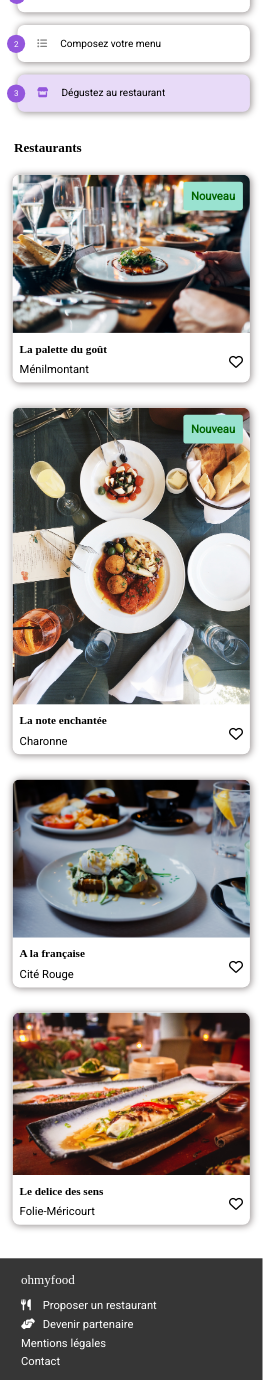
Repository: Micka-17/boimickael_3_16042021
Page: index.html
These files come from the project's save history. The page is drawn as it stood at one moment and after the next save; the edit follows.
The browser window is 375 px wide. The pictures show the part of the page from y = 481 to 2721 px (the page is 2453 px tall before and 2745 px after), at 70% of full size.
Some web fonts or font styles are not loaded; a fallback is used. Some web libraries are served in a nearby version. The style sheet was rebuilt from its Sass, Less or Tailwind sources for each picture, by a compiler version that may differ from the author's.

Above is the page before, as saved 2021-05-26 10:08:41.

### index.html
<!DOCTYPE html>
<html lang="en">
  <head>
    <meta charset="UTF-8" />
    <meta http-equiv="X-UA-Compatible" content="IE=edge" />
    <meta name="viewport" content="width=device-width, initial-scale=1.0" />
    <link rel="stylesheet" href="css/style.css" />
    <script
      src="https://kit.fontawesome.com/7f2b024bdc.js"
      crossorigin="anonymous"
    ></script>
    <title>OhMyFood</title>
  </head>
  <body>
    <div id="backgroundloader">
      <div id="loader"></div>
    </div>
    <header>
      <div id="logo">
        <img src="images/logo/ohmyfood@2x.svg" alt="OhMyFood" />
      </div>
    </header>
    <section id="sec-1">
      <div id="top">
        <div id="paris">
          <p><i class="fas fa-map-marker-alt icon"></i> Paris, Belleville</p>
        </div>
        <div id="reservation">
          <h2 id="center-top1">Réservez le menu qui vous convient</h2>
          <p id="center-top2">
            Découvrez des restaurants d'exception, séléctionnés par nos soins.
          </p>
          <a id="btn" href="#sec-3">Explorer nos restaurants</a>
        </div>
      </div>
    </section>
    <section id="sec-2">
      <div class="fonctionnement">
        <h3 class="h3s">Fonctionnement</h3>
        <ul class="bolder">
          <li>
            <i class="fas fa-mobile-alt icon-top"></i> Choisissez un restaurant
            <p id="number1">1</p>
          </li>
          <li>
            <i class="fas fa-list-ul icon-top"></i> Composez votre menu
            <p id="number2">2</p>
          </li>
          <li id="li-3">
            <i class="fas fa-store icon-top-purple"></i> Dégustez au restaurant
            <p id="number3">3</p>
          </li>
        </ul>
      </div>
    </section>
    <section id="sec-3">
      <h3 class="h3s">Restaurants</h3>
      <div class="choice">
        <a href="pages/la_palette_du_gout.html">
          <div class="card">
            <p class="nouveau">Nouveau</p>
            <img
              id="new"
              class="imga"
              src="images/restaurants/la_palette_du_gout.jpg"
              alt="la_palette_du_gout"
            />
            <div class="resto">
              <div>
                <h4>La palette du goût</h4>
                <p class="space">Ménilmontant</p>
              </div>
              <div class="loveclcik">
                <i class="far fa-heart love fa-lg"></i>
                <i class="fas fa-heart loves3"></i>
              </div>
            </div>
          </div>
        </a>
        <a href="pages/la_note_enchantee.html">
          <div class="card">
            <p class="nouveau">Nouveau</p>
            <img
              class="imga"
              src="images/restaurants/la_note_enchantee.jpg"
              alt="la_note_enchantee"
            />
            <div class="resto">
              <div>
                <h4>La note enchantée</h4>
                <p class="space">Charonne</p>
              </div>
              <div class="loveclcik">
                <i class="far fa-heart love fa-lg"></i>
                <i class="fas fa-heart loves3"></i>
              </div>
            </div>
          </div>
        </a>
        <a href="pages/a_la_francaise.html">
          <div class="card">
            <img
              class="imga"
              src="images/restaurants/a_la_française.jpg"
              alt="a_la_française"
            />
            <div class="resto">
              <div>
                <h4>A la française</h4>
                <p class="space">Cité Rouge</p>
              </div>
              <div class="loveclcik">
                <i class="far fa-heart love fa-lg"></i>
                <i class="fas fa-heart loves3"></i>
              </div>
            </div>
          </div>
        </a>
        <a href="pages/le_delice_des_sens.html">
          <div class="card">
            <img
              class="imga"
              src="images/restaurants/le_delice_des_sens.jpg"
              alt="le_delice_des_sens"
            />
            <div class="resto">
              <div>
                <h4>Le delice des sens</h4>
                <p class="space">Folie-Méricourt</p>
              </div>
              <div class="loveclcik">
                <i class="far fa-heart love fa-lg"></i>
                <i class="fas fa-heart loves3"></i>
              </div>
            </div>
          </div>
        </a>
      </div>
    </section>
    <section class="end">
      <footer>
        <div>
          <h3 id="logo-white">ohmyfood</h3>
          <div class="end-ul">
            <p>
              <i class="fas fa-utensils icon-footer"></i> Proposer un restaurant
            </p>
            <p>
              <i class="fas fa-hands-helping icon-footer"></i> Devenir
              partenaire
            </p>
            <p>Mentions légales</p>
            <a id="contact" href="mailto:contact@ohmyfood.com"
              ><p>Contact</p></a
            >
          </div>
        </div>
      </footer>
    </section>
  </body>
</html>

### sass/style.scss
@import "./directories/Utils/variables-mixin";
@import "./directories/Base/main.scss";



ul {
    font-family: 'Roboto', sans-serif;
    font-size: 0.9em;
    @media (min-width: 430px) {
        max-width: 450px;
    }
        @media (min-width: 1000px) {
            display: flex;
            min-width: 100%;
            justify-content: space-evenly;
        }
}

/*#backgroundloader {
    position: absolute;
    top: 0;
    left: 0;
    background-color: $color3;
    min-width: 100%;
    height: 100vh;
    animation: loader2 3s;
    animation-fill-mode: both;
    animation-timing-function: step-end;
  }
#loader {
    position: absolute;
    height: 70px;
    top: 50%;
    right: 50%;
    bottom: 50%;
    left: 50%;
    width: 64px;
    height: 64px;
    border-radius: 50%;
    border: 6px solid rgb(255, 255, 255);
    border-color: $color1 transparent $color2 transparent;
    animation: dual-ring 0.8s infinite, loader 3s;
    animation-delay: 0.2s;
    animation-fill-mode: both;
  }
*/
#contact {
    color: white;
}

.spacediv p {
    font-family: 'Roboto', sans-serif;
    text-overflow: ellipsis;
    overflow: hidden;
    white-space: nowrap;
}

#logo {
    display: flex;
    justify-content: center;
    margin-top: 20px;
    margin-bottom: 10px;
}

#paris {
    display: flex;
    justify-content: center;
    border-top: solid 3px rgba(128, 128, 128, 0.301);
    min-width: 321px;
    padding-top: 10px;
    padding-bottom: 10px;
    background-color: rgba(128, 128, 128, 0.212);
        .icon {
            margin-right: 10px;
        }
}

#reservation {
    display: flex;
    justify-content: center;
    flex-direction: column;
    place-items: center;
    background-color: rgb(238, 234, 234);
    padding-bottom: 45px;
        #btn {
            @include btn();
                &:hover {
                    filter: brightness(1.10);
                    box-shadow: 0px 0px 10px 5px gray;
                }
        }
}

#center-top1 {
    text-align: center;
    margin-top: 20px;
    max-width: 350px;
}

#center-top2 {
    margin-top: 20px;
    margin-bottom: 20px;
    text-align: center;
    max-width: 350px;
}


.icon-top {
    color: gray;
    margin-right: 15px;
    margin-left: 10px;
}

.icon-top-purple {
    color: $color1;
    margin-right: 15px;
    margin-left: 10px;
}

#li-3 {
    background-color: #9256dc36;
}

li { position: relative;
    background-color: #ffffff;
    border-radius: 10px;
    padding: 18px;
    margin: 18px;
    margin-left: 25px;
    box-shadow: 1px 1px 10px 1px rgb(151, 145, 145);
    min-width: 20%;
        #number1 {
            position: absolute;
            top: 15px;
            left: -14px;
            background-color: $color1;
            border-radius: 50px;
            padding: 6px 10px;
            font-size: 0.8em;
            color: white;
        }
            #number2 {
                position: absolute;
                top: 14px;
                left: -15px;
                background-color: $color1;
                border-radius: 50px;
                padding: 6px 10px;
                font-size: 0.8em;
                color: white;
            }
                #number3 {
                    position: absolute;
                    top: 14px;
                    left: -15px;
                    background-color: $color1;
                    border-radius: 50px;
                    padding: 6px 10px;
                    font-size: 0.8em;
                    color: white;
                }
}
.space {
    margin-top: 10px;
    margin-bottom: 10px;
}
.card {
    background-color: #ffffff;
    border-radius: 10px;
    padding: 0px;
    margin: 18px;
    box-shadow: 1px 1px 10px 1px rgb(151, 145, 145);
    max-width: 100%;
}
.imga {
    object-fit: cover;
    border-radius: 10px 10px 0px 0px;
    width: 650px;
    height: 350px;
        @media (max-width:900px) {
            max-width: 100%;
        }
            @media (max-width:500px) {
                max-width: 100%;
                height: auto;
            }
}
.card {
    position: relative;
}
.nouveau {
    position: absolute;
    padding: 0.7rem;
    border-radius: 0.25rem;
    color: darkgreen;
    font-weight: bold;
    right: 10px;
    top: 10px;
    background-color: #99e2d0;
}

.h3s {
    margin: 40px 0px 10px 20px;

}

.choice {
    display: flex;
    flex-direction: column;
    place-items: center;
    flex-wrap: wrap;
        .resto {
            display: flex;
            justify-content: space-between;
            align-items: center;
            margin: 10px;
        }
            @media (min-width: 630px) {
                flex-wrap: wrap;
                flex-direction: row;
                justify-content: center;
            }
                @media (min-width: 1350px) {
                    display: grid;
                    grid-template-rows: 50% 50%;
                    grid-template-columns: 50% 50%;
                }
}


footer {
    margin-top: 30px;
    padding: 10px;
    background-color: rgb(54, 54, 54);
    color: white;
        #logo-white {
            font-family: 'Shrikhand', cursive;
            font-weight: 300;
            margin-bottom: 15px;
            margin-left: 20px;
            margin-top: 10px;
        }
            li {
                background-color: transparent;
                border-radius: 0;
                padding: 5px;
                margin-left: 20px;
                box-shadow: none;
                display: flex;
                margin-top: 5px;
                margin-bottom: 5px;
            }
                .icon-footer {
                    max-width: 2px;
                    max-height: 2px;
                    margin-right: 25px;
                }
                    @media (min-width:1000px) {
                        padding: 40px;
                    }
}


//pages 2

.img-top {
    min-width: 100%;
    max-height: 510px;
}

.arrow {
    position: absolute;
    left: 20px;
    top: 30px;
    color: rgba(0, 0, 0, 0.801);
}
#margtitle {
    margin-left: 15px;
    max-width: 220px;
}
img {
    object-fit: cover;
}
.titlemargall {
    margin-top: 30px;
    margin-left: 15px;
    border-bottom: solid rgba(55, 224, 55, 0.541);
    max-width: 30px;
}
#middle {
    position: absolute;
    top: 240px;
    min-width: 100%;
    min-height: 980px;
    background-color: rgb(231, 229, 229);
    border-radius: 20px 20px 0px 0;
    padding-top: 30px;
     .entrees {
        @include centre();
        @include capsule();
     }
        .bold {
            font-weight: bold;
            font-size: 1em;
        }
        .bolder {
            font-weight: bold;
            font-size: 0.6m;
                @media (min-width: 1000px) {
                    margin: 15px;
                }
        }
            p {
                font-size: 0.7em;
            }
                .loves1 {
                    position: absolute;
                    right: 15px;
                    color: gray
                }
}

.loves2 {
    display: none;
    opacity: 0;
    background: linear-gradient(0deg,#9356dc,#ff79da);
    background-clip: text;
    -webkit-background-clip: text;
    -moz-background-clip: text;
    -webkit-text-fill-color: transparent;
    position: absolute;
    right: 15px;
}
#margtitle:hover .loves2 {
    animation: fadeout;
    opacity: 1;
    animation-duration: .5s;
    display: inline-block;
    justify-content: center;
}

.loves3 {
    display: none;
    opacity: 0;
    background: linear-gradient(0deg,#9356dc,#ff79da);
    background-clip: text;
    -webkit-background-clip: text;
    -moz-background-clip: text;
    -webkit-text-fill-color: transparent;
    position: absolute;
    right: 9px;
    bottom: 18px;
}
.loveclcik:hover .loves3 {
    animation: fadeout2;
    opacity: 1;
    animation-duration: .5s;
    display: inline-block;
    justify-content: center;
    font-size: 1.5em;
}

#entrees {
    animation: slideup 1s;
    animation-duration: 1s;
}
#plats {
    animation: slideup 1s;
    animation-duration: 5s;
}
#desserts {
    animation: slideup 1s;
    animation-duration: 8s;
}


.entrees, .plats, .desserts {
    cursor: pointer;
        @media (max-width:321px) {
            width: 300px;
        }
        @media (max-width:378px) {
            max-width: 100%;
        }
        @media (max-width:414px) {
            max-width: 100%;
        }
        @media (min-width: 1000px) {
            min-width: 30%;
            min-height: 90px;
            width: 100%;
        }
}

.spacediv {
    width: 100%;
    overflow: hidden;
    @include spacediv();
        @media (min-width: 1000px) {
            justify-content: space-evenly;
        }
}
.plats {
    @include capsule();
    @include centre();
}
.desserts {
    @include capsule();
    @include centre();
}

.responsive {
    @media (min-width: 1000px) {
        display: flex;
        justify-content: center;
    }
}

.responsive-entrees {
    @media (min-width: 1000px) {
        display: flex;
        justify-content: center;
        flex-wrap: wrap;
    }
}

#btnp2 {
    @include btn();
    margin-top: 40px;
        &:hover {
            filter: brightness(1.10);
            box-shadow: 0px 0px 10px 5px gray;
        }
         @media (min-width: 1000px) {
            margin-top: 150px;
         }
}

#placement-btn {
    display: flex;
    justify-content: center;
    place-items: center;
}

.end1 {
    position: absolute;
    top: 1151px;
    min-width: 100%;
}

.end {
    position: absolute;
    min-width: 100%;
}

.end-ul {
        @media (min-width: 430px) {
        max-width: 450px;
    }
        @media (min-width: 1000px) {
            display: flex;
            min-width: 100%;
            flex-direction: row;
            justify-content: space-evenly;
        }
}

.end-ul p {
    margin: 8px;
    margin-left: 20px;
}

//page la note enchantee

 .align-price{
    display: flex;
    align-items: flex-end;
    margin-bottom: 8px;
    margin-right: 8px;
}

.check {
    width: 0px;
    transition-duration: 1s;
    font-size: 1.5em;
     & i {
        display: none;
        place-items: center;
        color: white;
     }
}

.entrees:hover .check {
    width: 90px;
    height: 51px;
    background-color: $color3;
    display: flex;
    justify-content: center;
    border-radius: 0 20% 20% 0;
        @media (max-width: 1000px) {
            width: 65px;
        }
            & .rotation {
                display: flex;
                place-items: center;
            }
                & .rond {
                    display: flex;
                    place-items: center;
                    transform-origin: center;
                    animation: spin;
                    animation-duration: 1s;
                }
                    @media (min-width: 1000px) {
                        height: 90px;
                        border-radius: 0 10% 10% 0;
                    }
}


.plats:hover .check {
    width: 90px;
    height: 51px;
    background-color: $color3;
    display: flex;
    justify-content: center;
    border-radius: 0 20% 20% 0;
        @media (max-width: 1000px) {
            width: 65px;
        }
            & .rotation {
                display: flex;
                place-items: center;
            }
                & .rond {
                    display: flex;
                    place-items: center;
                    transform-origin: center;
                    animation: spin;
                    animation-duration: 1s;
                }
                    @media (min-width: 1000px) {
                        height: 90px;
                        border-radius: 0 10% 10% 0;
                    }
}

.desserts:hover .check {
    width: 90px;
    height: 51px;
    background-color: $color3;
    display: flex;
    justify-content: center;
    border-radius: 0 20% 20% 0;
        @media (max-width: 1000px) {
            width: 65px;
        }
            & .rotation {
                display: flex;
                place-items: center;
            }
                & .rond {
                    display: flex;
                    place-items: center;
                    transform-origin: center;
                    animation: spin;
                    animation-duration: 1s;
                }
                    @media (min-width: 1000px) {
                        height: 90px;
                        border-radius: 0 10% 10% 0;
                    }
}

### sass/directories/Utils/_variables-mixin.scss
$color1: #9356DC;
$color2: #FF79DA;
$color3: #99E2D0;

@mixin centre {
    display: flex;
    justify-content: space-between;
}

@mixin capsule {
    background-color: whitesmoke;
    border-radius: 10px;
    box-shadow: 1px 1px 10px 1px rgb(226, 226, 226);
    margin: 10px;
    overflow: hidden;
}
 @mixin spacediv {
    min-height: 35px;
    display: flex;
    flex-direction: column;
    justify-content: space-between;
    padding: 8px;
 }
@mixin btn {
    background: linear-gradient($color2, $color1);
    border-radius: 50px;
    border: none;
    box-shadow: gray;
    color: white;
    font-weight: bold;
    max-width: 200px;
    min-width: 200px;
    margin-top: 15px;
    padding: 15px 10px;
    text-align: center;
    text-decoration: none
}

@keyframes fadein {
    from {
        transform: scaleX(0);
    }

    to {
        transform: scaleX(1);
    }
}

@keyframes fadeout {
    from {
        transform: scaleY(0);
    }

    to {
        transform: scaleY(1);
    }
}
@keyframes fadeout2 {
    from {
        transform: scale(0);
    }

    to {
        transform: scale(1.5);
    }
}

@keyframes spin {
    from {
        transform: rotate(0deg);
    } to {
        transform: rotate(360deg);
    }
}

@keyframes slideup {
    from {
        transform: translateY(50px);
        opacity: 0;
    }
    to {
        transform: translateY(0px);
        opacity: 1;
    }
}


 @keyframes dual-ring {
    0% {
      transform: rotate(0deg);
      opacity: 100%;
    }
    50% {
        transform: rotate(180deg);
        opacity: 10%;
      }
    100% {
      transform: rotate(360deg);
      opacity: 100%;
    }
  }

@keyframes loader {
    0% {
    opacity: 100%;
    }
    99% {
        opacity: 100%;
    }
    100% {
        opacity: 100%;
    }
}

@keyframes loader2 {
    0% {
    opacity: 100%;
    z-index: 9999;
    }
    99% {
        opacity: 0;
        z-index: -1000;
    }
    100% {
        opacity: 0;
        z-index: -1000;
    }
}

### sass/directories/Base/main.scss
@import url('https://fonts.googleapis.com/css2?family=Roboto&family=Shrikhand&display=swap');

* {
    margin: 0;
    padding: 0;
    text-decoration: none;
    list-style-type: none;
}
#margtitle {
    font-family: Shrikhand;
    font-weight: 100;
    font-size: 1.2em;
}
p {
    font-family: 'Roboto', sans-serif;
}
a {
    text-decoration: none;
    list-style: none;
    color: rgb(0, 0, 0);
}

After the next save:
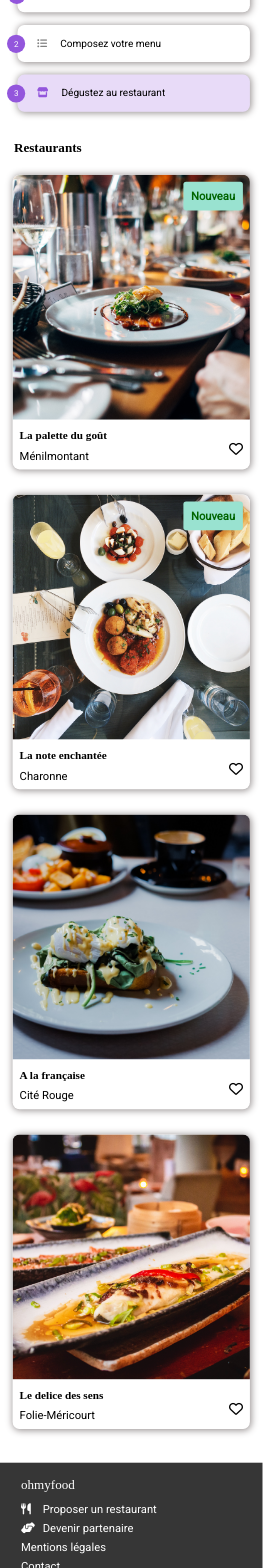
Saved 17 s later.
--- a/sass/style.scss
+++ b/sass/style.scss
@@ -182,7 +182,7 @@ li { position: relative;
         }
             @media (max-width:500px) {
                 max-width: 100%;
-                height: auto;
+
             }
 }
 .card {
